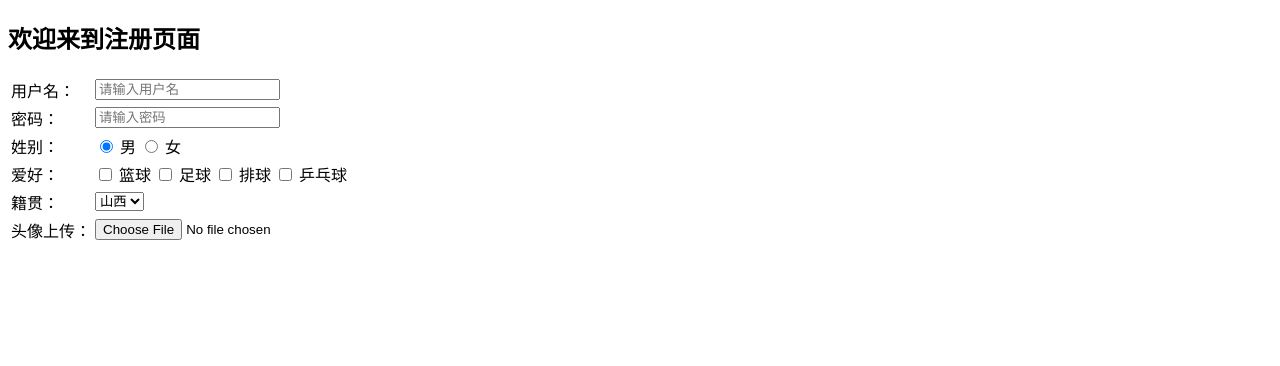
Repository: WKYQAQ/LX
Page: day02_form.html
An editor plug-in stored every save of this project. The page is shown before and after the next save, followed by the edit.
The browser window is 1280 px wide. The pictures show the whole page.

Above is the page before, as saved 2020-07-22 12:01:01.

After the next save:
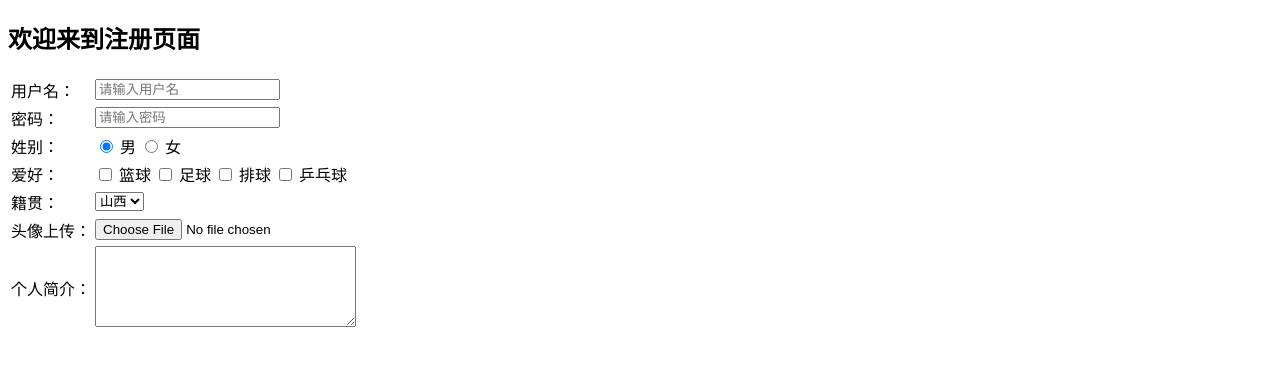
Saved 3 min 42 s later.
--- a/day02_form.html
+++ b/day02_form.html
@@ -7,7 +7,7 @@
 </head>
 <body>
     <h2>欢迎来到注册页面</h2>
-    <form action="register.php" method="POST">
+    <form action="register.php" method="POST" enctype="multipart/form-data"><!--考试可能会考-->
         <table>
             <tr>
                 <td>用户名：</td>
@@ -47,7 +47,13 @@
             </tr>
             <tr>
                 <td>头像上传：</td>
-                <td><input type="file" name="file"></td>
+                <td><input type="file" name="file"/></td>
+            </tr>
+            <tr>
+                <td>个人简介：</td>
+                <td>
+                    <textarea cols="30" rows="5"></textarea>
+                </td>
             </tr>
         </table>
     </form>
